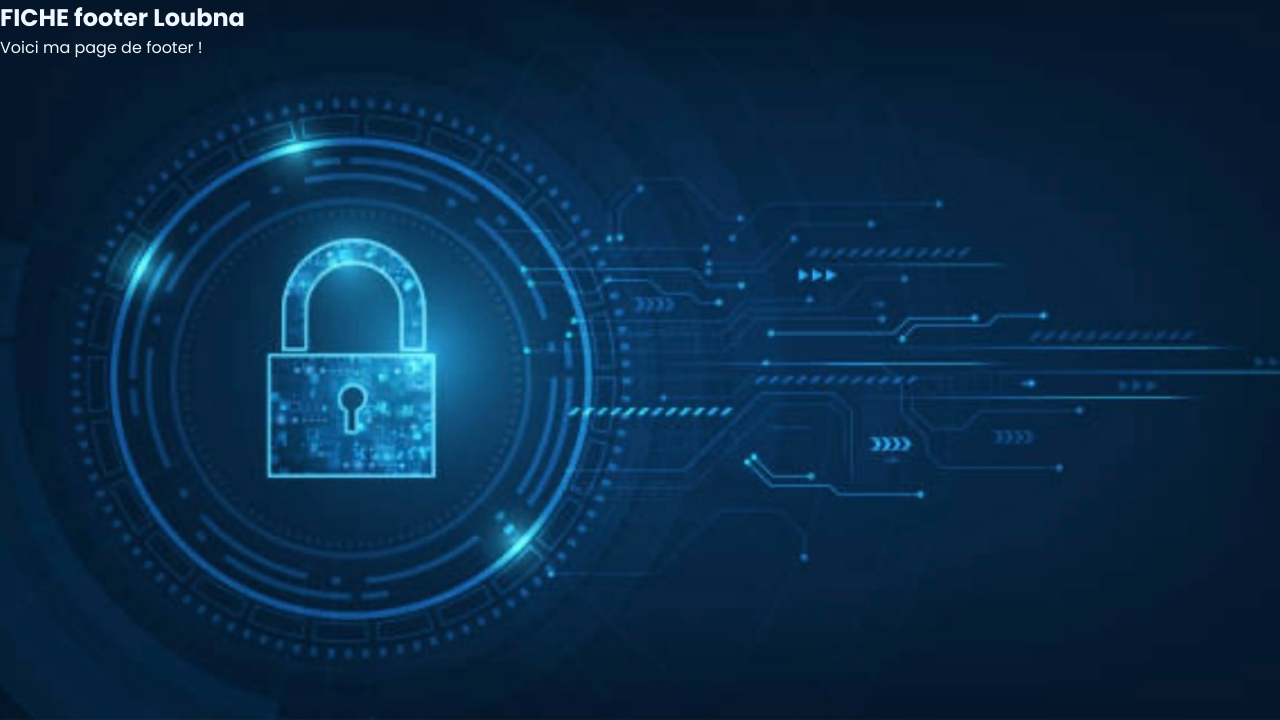
Repository: Loubna77290/Portfolio-de-Loubna
Page: footer.html
An editor plug-in stored every save of this project. The page is shown before and after the next save, followed by the edit.
The browser window is 1280 px wide. The pictures show the whole page.

Above is the page before, as saved 2025-03-09 23:59:03.

### footer.html
<!DOCTYPE html>
<html lang="en">
<head>
    <meta charset="UTF-8">
    <meta name="viewport" content="width=device-width, initial-scale=1.0">
    <title>Document</title>
    <link rel="stylesheet" href="style.css">


    <footer>
    <section class="footer-background">
        <div class="contenu-footer">
        <h1>FICHE footer Loubna</h1>
        <p>Voici ma page de footer !</p>
     </div>
     </section>

        </footer>

</html>

### style.css
@import url('https://fonts.googleapis.com/css2?family=Poppins:wght@300;400;500;600;700;800;900&display=swap');

* {
    margin: 0;
    padding: 0;
    box-sizing: border-box;
    font-family: 'Poppins', sans-serif;

}

body {
    background: #081b29;
    color: #ededed;

}

.header {
    position:fixed;
    top: 0;
    left:0;
    width: 100%;
    padding: 20px 10px;
    background: transparent;
    display: flex;
    justify-content: space-between;
    align-items: center;
    z-index: 100;
}


.logo {
    position: relative;
    margin-left: 30px;
    font-size: 25px;
    color: #ededed;
    text-decoration: none;
    font-weight: 600;

}

.logo::before {
    content: '';
    position: absolute;
    top: 0;
    right: 0;
    width: 100%;
    height: 100%;
    background: #081b29b6;
    animation: showRight 1s ease forwards;
    animation-delay: .4s;;
}

.navbar a {
    font-size: 18px;
    color: #ededed;
    text-decoration: none;
    font-weight: 500;
    margin-right: 60px;
    justify-content: flex-end;
    transition: .3s;

}

.navbar a:hover,
.navbar a.active {
    color: #00abf0;

}

.accueil {
    height: 100vh;
    background: url(./IMG_7408.jpg) no-repeat center center;
    background-size: cover;
    display: flex;
    align-items: center;
    padding: 0 10%;
}

.accueil-contenu {
    background: transparent;
    max-width: 600px;


    }

.accueil-contenu h2 {
    font-size: 45px;
    font-weight: 700;
    line-height: 1.2;
    white-space: nowrap;
}

.accueil-contenu h2::before {
    content: '';
    position: absolute;
    top: 0;
    right: 0;
    width: 100%;
    height: 100%;
    background: #081b29;
    animation: showRight 1s ease forwards;
    animation-delay: 1s;
}

.accueil-contenu h3 {
    font-size: 30px;
    font-weight: 600;
    color: #0ff;

}

.accueil-contenu p {
    font-size: 16px;
    margin: 20px  0 40px;
    line-height: 1.2;
}

.accueil-contenu .btn-box {
    position: relative;
    display: flex;
    justify-content: space-between;
    width: 380px;
    height: 60px;

}

.accueil-contenu .btn-box::before {
    content: '';
    position: absolute;
    top: 0;
    right: 0;
    width: 100%;
    height: 100%;
    background: #081b294d;
    animation: showRight 1s ease forwards;
    animation-delay: 1.9s;
    z-index: 2;
}

.btn-box a {
    position: relative;
    display: inline-flex;
    justify-content: center;
    align-items: center;
    width: 150px;
    height: 110%;
    background: #00abf0;
    border: 2px solid #00abf0;
    border-radius: 8px;
    font-size: 19px;
    color: #081b29;
    text-align: center;
    text-decoration: none;
    font-weight: 600;
    letter-spacing: 1px;
    z-index: 1;
    overflow: hidden;
    transition: .5s;
}

.btn-box a:hover {
    color: #00abf0;

}

.btn-box a:nth-child(2) {
    background: transparent;
    color:#00abf0
}

.btn-box a:nth-child(2):hover {
    color:#081b29;
}


.btn-box a:nth-child(2)::before {
    background: #00abf0;
    }

.btn-box a::before {
    content: '';
    position: absolute;
    top: 0;
    left: 0;
    width: 0;
    height: 100%;
    background: #081b29;
    z-index: -1;
    transition: .5s;
}

.btn-box a:hover::before {
    width: 100%;
    }

.home-sci {
    position: absolute;
    bottom: 1px;
    width: 150px;
    display: flex;
    justify-content: space-between;
}

.home-sci::before {
    content: '';
    position: absolute;
    top: 0;
    right: 0;
    width: 100%;
    height: 100%;
    background: #081b29;
    animation: showRight 1s ease forwards;
    animation-delay: 2.5s;
    z-index: 2;
}

.home-sci a {
    position: relative;
    display: inline-flex;
    justify-content: center;
    align-items: center;
    width: 40px;
    height: 40px;
    background: transparent;
    border: 2px solid #00abf0;
    border-radius: 50%;
    font-size: 20px;
    text-decoration: none;
    z-index: 1;
    overflow: hidden;
    transition: .5s;
    color: #00abf0;
}

.home-sci a:hover {
    color: #081b29;

}
.home-sci a::before {
    content: '';
    position: absolute;
    top: 0;
    left: 0;
    width: 0;
    height: 100%;
    background:#00abf0;
    transition: .5s;
    z-index: -1;
}

.home-sci a:hover::before {
    width: 100%;
}

/* KEYFRAMES ANIMATION */
@keyframes showRight {
    100% {
        width: 0;
    }
}

.contact-background  {
    background: url('/IMG_7400.jpg');
    height: 100vh;
    background-size: cover;
    display: flex;
}


.footer-background  {
    background: url('/IMG_7400.jpg');
    height: 100vh;
    background-size: cover;
    display: flex;
}

.contenu-footer {
    color: aliceblue;
    position: absolute;
}

After the next save:
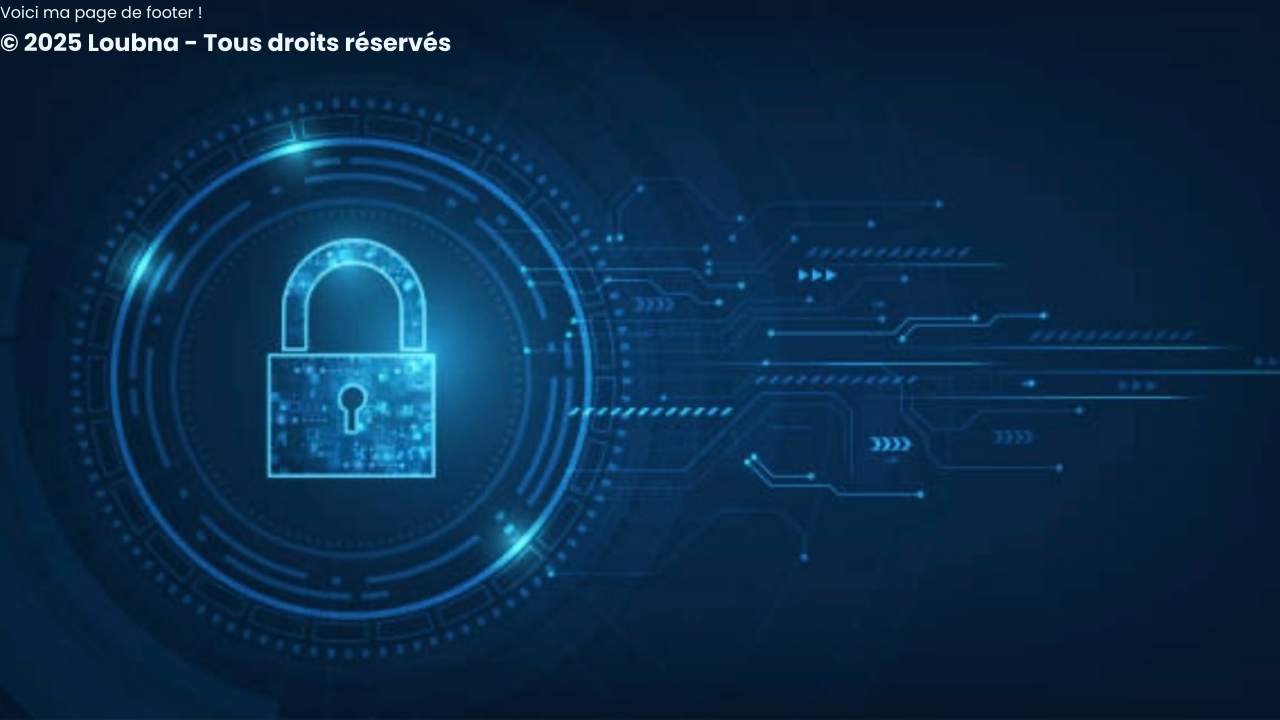
Saved 2 min 10 s later.
--- a/footer.html
+++ b/footer.html
@@ -10,11 +10,10 @@
     <footer>
     <section class="footer-background">
         <div class="contenu-footer">
-        <h1>FICHE footer Loubna</h1>
         <p>Voici ma page de footer !</p>
-     </div>
-     </section>
-
-        </footer>
+        <p> <h2>&copy; 2025 Loubna - Tous droits réservés </p></h2>
+    </div>
+    </section>
+      </footer>
 
 </html>
